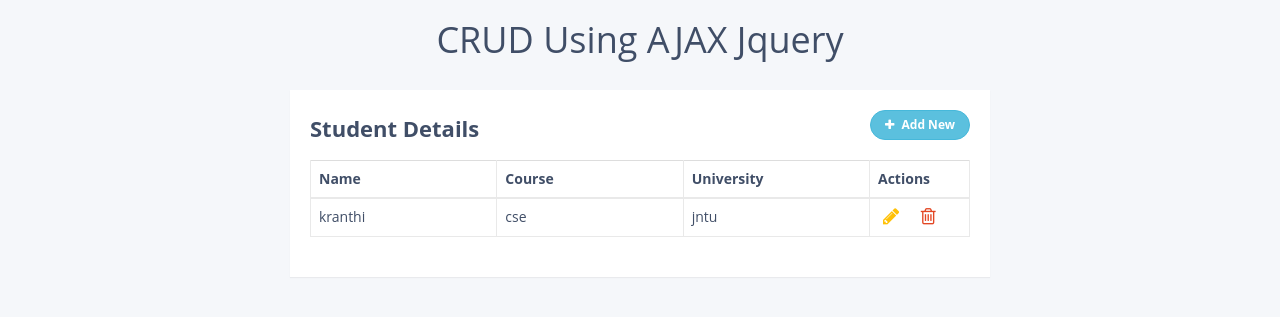
Repository: swethareddyjava/studentproject
Page: EtiqaProject/src/main/resources/static/index_en.html
These files come from the project's save history. The page is drawn as it stood at one moment and after the next save; the edit follows.
The browser window is 1280 px wide. The pictures show the whole page.
The page's requests for data from a server got no answer.

Above is the page before, as saved 2022-09-27 01:57:56.

### EtiqaProject/src/main/resources/static/index_en.html
<!DOCTYPE html>
<html lang="en">
<head>
<meta charset="utf-8">
<meta http-equiv="X-UA-Compatible" content="IE=edge">
<meta name="viewport" content="width=device-width, initial-scale=1">
<title>Add Edit Delete Datatable Row Using Jquery Ajax Spring Booy and MYSql database</title>
<link rel="stylesheet" href="https://maxcdn.bootstrapcdn.com/font-awesome/4.7.0/css/font-awesome.min.css">
<link rel="stylesheet" href="https://maxcdn.bootstrapcdn.com/bootstrap/3.3.7/css/bootstrap.min.css">
<script src="https://ajax.googleapis.com/ajax/libs/jquery/1.12.4/jquery.min.js"></script>
<script src="https://maxcdn.bootstrapcdn.com/bootstrap/3.3.7/js/bootstrap.min.js"></script>


<script type="text/javascript">

$(document).ready(function(){


    $.getJSON("http://localhost:8080/api/student/demo",function(data){

	var student_data='';
	$.each(data,function(key,value){

	student_data +='<tr>';
	student_data +='<td>'+value.txtname+' </td>';
	student_data +='<td>'+value.txtcourse+' </td>';
	student_data +='<td>'+value.txtuniversity+' </td>';
	student_data +='<td><a class="add" title="Add" data-toggle="tooltip" id="{{st.id}}"><i class="fa fa-user-plus"></i></a><a class="edit" title="Edit" data-toggle="tooltip" id="{{st.id}}"><i class="fa fa-pencil"></i></a><a class="delete" title="Delete" data-toggle="tooltip" id="{{st.id}}"><i class="fa fa-trash-o"></i></a></td>';
    student_data +='</tr>';

	});
	$('#student_table').append(student_data);

	});

    $('[data-toggle="tooltip"]').tooltip();
    var actions = $("table td:last-child").html();
    // Append table with add row form on add new button click
    $(".add-new").click(function(){
        $(this).attr("disabled", "disabled");
        var index = $("table tbody tr:last-child").index();
        var row = '<tr>' +
            '<td><input type="text" class="form-control" name="txtname" id="txtname"></td>' +
            '<td><input type="text" class="form-control" name="txtcourse" id="txtcourse"></td>' +
            '<td><input type="text" class="form-control" name="txtuniversity" id="txtuniversity"></td>' +
        '<td>' + actions + '</td>' +
        '</tr>';
        $("table").append(row);
        $("table tbody tr").eq(index + 1).find(".add, .edit, .delete").toggle();
        $('[data-toggle="tooltip"]').tooltip();

    });

    // Add row on add button click
    $(document).on("click", ".add", function(){
        var empty = false;
        var input = $(this).parents("tr").find('input[type="text"]');
        input.each(function(){
            if(!$(this).val()){
                $(this).addClass("error");
                empty = true;
            } else{
                $(this).removeClass("error");
            }
        });
        var txtname = $("#txtname").val();
        var txtcourse = $("#txtcourse").val();
        var txtuniversity = $("#txtuniversity").val();
        $.post("http://localhost:8080/api/student/add", { txtname: txtname, txtcourse: txtcourse, txtuniversity: txtuniversity}, function(data) {
            $("#displaymessage").html(data);
            $("#displaymessage").show();
        });
        $(this).parents("tr").find(".error").first().focus();
        if(!empty){
            input.each(function(){
                $(this).parent("td").html($(this).val());
            });
            $(this).parents("tr").find(".add, .edit, .delete").toggle();
            $(".add-new").removeAttr("disabled");
        }
    });
    // Delete row on delete button click
    $(document).on("click", ".delete", function(){
        $(this).parents("tr").remove();
        $(".add-new").removeAttr("disabled");
        var id = $(this).attr("id");
        var string = id;
        $.post("http://localhost:8080/api/student/delete", { string: string}, function(data) {
            $("#displaymessage").html(data);
            $("#displaymessage").show();
        });
    });
    // update rec row on edit button click
    $(document).on("click", ".update", function(){
        var id = $(this).attr("id");
        var string = id;
        var txtname = $("#txtname").val();
        var txtcourse = $("#txtcourse").val();
        var txtuniversity = $("#txtuniversity").val();
        $.post("http://localhost:8080/api/student/update", { string: string,txtname: txtname, txtcourse: txtcourse, txtuniversity: txtuniversity}, function(data) {
            $("#displaymessage").html(data);
            $("#displaymessage").show();
        });


    });
    // Edit row on edit button click
    $(document).on("click", ".edit", function(){
        $(this).parents("tr").find("td:not(:last-child)").each(function(i){
            if (i=='0'){
                var idname = 'txtname';
            }else if (i=='1'){
                var idname = 'txtcourse';
            }else if (i=='2'){
                var idname = 'txtuniversity';
            }else{}
            $(this).html('<input type="text" name="updaterec" id="' + idname + '" class="form-control" value="' + $(this).text() + '">');
        });
        $(this).parents("tr").find(".add, .edit").toggle();
        $(".add-new").attr("disabled", "disabled");
        $(this).parents("tr").find(".add").removeClass("add").addClass("update");
    });
});
</script>
</head>
<body>
    <div class="container"><p><h1 align="center">CRUD Using AJAX Jquery</h1></p>
        <div class="table-wrapper">
            <div class="table-title">
                <div class="row">
                    <div class="col-sm-8"><h2> <b>Student Details</b></h2></div>
                    <div class="col-sm-4">
                        <button type="button" class="btn btn-info add-new"><i class="fa fa-plus"></i> Add New</button>
                    </div>
                    <div class='btn btn-info' id="displaymessage" style="display:none;width:100%;margin-top:10px;"></div>
                </div>
            </div>
   <table class="table table-bordered" id="student_table">
                <thead>
                    <tr>
                        <th>Name</th>
                        <th>Course</th>
                        <th>University</th>
                        <th>Actions</th>
                    </tr>
                </thead>
                <tbody >
				  <tr><td>kranthi</td>
                      <td>cse</td>
                      <td>jntu</td>
  <div>
                        <td>
                            <a class="add" title="Add" data-toggle="tooltip" id="{{st.id}}"><i class="fa fa-user-plus"></i></a>
                            <a class="edit" title="Edit" data-toggle="tooltip" id="{{st.id}}"><i class="fa fa-pencil"></i></a>
                            <a class="delete" title="Delete" data-toggle="tooltip" id="{{st.id}}"><i class="fa fa-trash-o"></i></a>
                        </td>
                     </tr>

                </tbody>
            </table>
        </div>
    </div>
<style type="text/css">
    body {
        color: #404E67;
        background: #F5F7FA;
  font-family: 'Open Sans', sans-serif;
 }
 .table-wrapper {
  width: 700px;
  margin: 30px auto;
        background: #fff;
        padding: 20px;
        box-shadow: 0 1px 1px rgba(0,0,0,.05);
    }
    .table-title {
        padding-bottom: 10px;
        margin: 0 0 10px;
    }
    .table-title h2 {
        margin: 6px 0 0;
        font-size: 22px;
    }
    .table-title .add-new {
        float: right;
  height: 30px;
  font-weight: bold;
  font-size: 12px;
  text-shadow: none;
  min-width: 100px;
  border-radius: 50px;
  line-height: 13px;
    }
 .table-title .add-new i {
  margin-right: 4px;
 }
    table.table {
        table-layout: fixed;
    }
    table.table tr th, table.table tr td {
        border-color: #e9e9e9;
    }
    table.table th i {
        font-size: 13px;
        margin: 0 5px;
        cursor: pointer;
    }
    table.table th:last-child {
        width: 100px;
    }
    table.table td a {
  cursor: pointer;
        display: inline-block;
        margin: 0 5px;
  min-width: 24px;
    }
 table.table td a.add {
        color: #27C46B;
    }
    table.table td a.edit {
        color: #FFC107;
    }
    table.table td a.delete {
        color: #E34724;
    }
    table.table td i {
        font-size: 19px;
    }
 table.table td a.add i {
        font-size: 24px;
     margin-right: -1px;
        university: relative;
        top: 3px;
    }
    table.table .form-control {
        height: 32px;
        line-height: 32px;
        box-shadow: none;
        border-radius: 2px;
    }
 table.table .form-control.error {
  border-color: #f50000;
 }
 table.table td .add {
  display: none;
 }
</style>
</body>
</html>

After the next save:
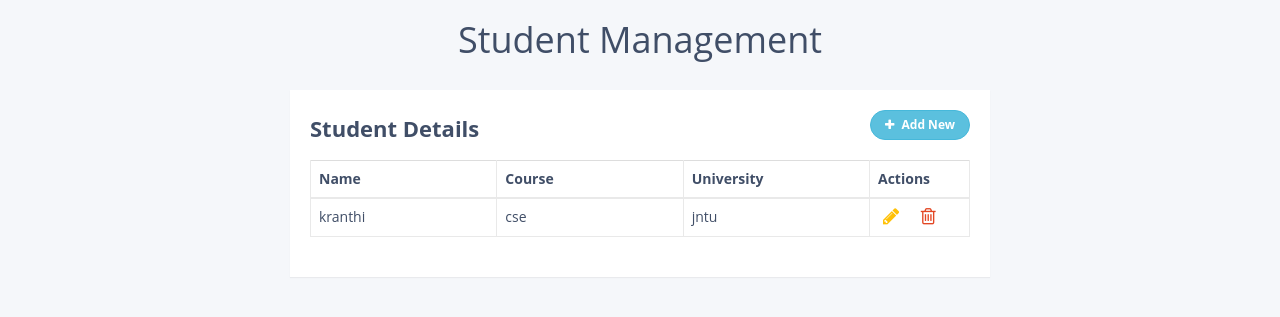
Saved 26 min 18 s later.
--- a/EtiqaProject/src/main/resources/static/index_en.html
+++ b/EtiqaProject/src/main/resources/static/index_en.html
@@ -66,7 +66,7 @@ $(document).ready(function(){
         var txtname = $("#txtname").val();
         var txtcourse = $("#txtcourse").val();
         var txtuniversity = $("#txtuniversity").val();
-        $.post("http://localhost:8080/api/student/add", { txtname: txtname, txtcourse: txtcourse, txtuniversity: txtuniversity}, function(data) {
+        $.post("http://localhost:8080/etiqa", { txtname: txtname, txtcourse: txtcourse, txtuniversity: txtuniversity}, function(data) {
             $("#displaymessage").html(data);
             $("#displaymessage").show();
         });
@@ -124,7 +124,7 @@ $(document).ready(function(){
 </script>
 </head>
 <body>
-    <div class="container"><p><h1 align="center">CRUD Using AJAX Jquery</h1></p>
+    <div class="container"><p><h1 align="center">Student Management</h1></p>
         <div class="table-wrapper">
             <div class="table-title">
                 <div class="row">
